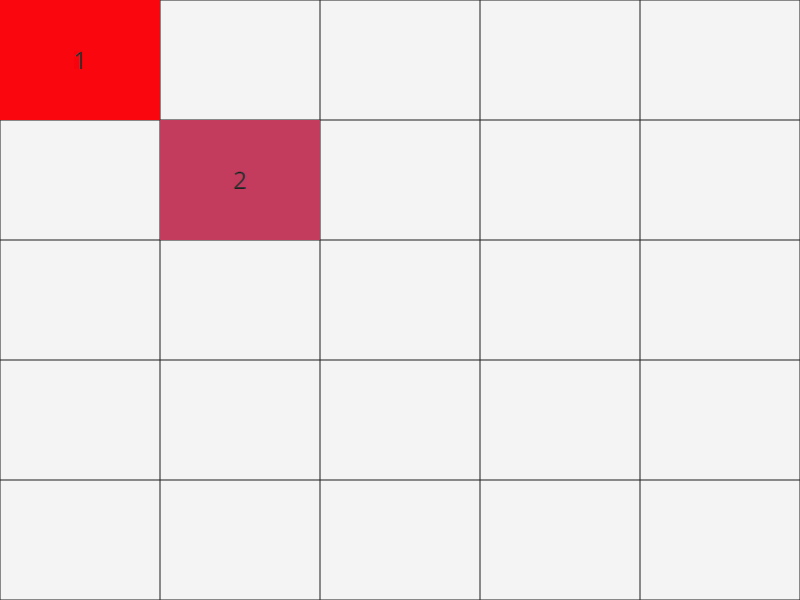
Repository: AlanVidalll/Curso-Java-Completo
Program's window: java exercicios-javafx/src/layout/AppLayout.java
The author's editor kept a copy of each file at every save. The program's window is drawn from the files as they stood at one save, then again after the next save.
It runs on Java 21 on a 1366 x 768 screen with JavaFX 11; the title bar is not drawn.

Above is the program's window before, as saved 2020-04-11 13:54:29.

After the next save:
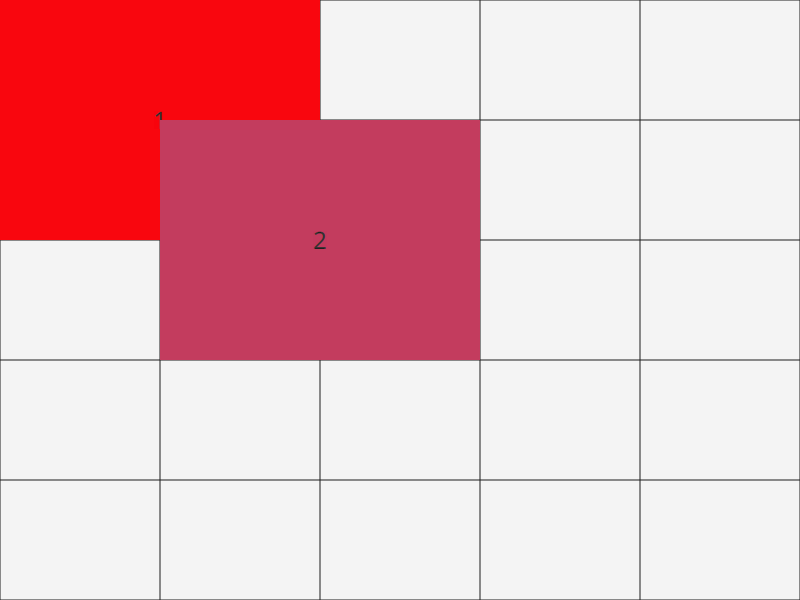
Saved 54 s later.
--- a/exercicios-javafx/src/layout/TesteGridPane.java
+++ b/exercicios-javafx/src/layout/TesteGridPane.java
@@ -22,8 +22,8 @@
 		getColumnConstraints().addAll(cc(),cc(),cc(),cc(),cc());
 		getRowConstraints().addAll(rc(),rc(),rc(),rc(),rc());
 
-		add(c1, 0, 0);
-		add(c2, 1, 1,1,1);
+		add(c1, 0, 0,2,2);
+		add(c2, 1, 1,2,2);
 	}
 
 	private ColumnConstraints cc() {
